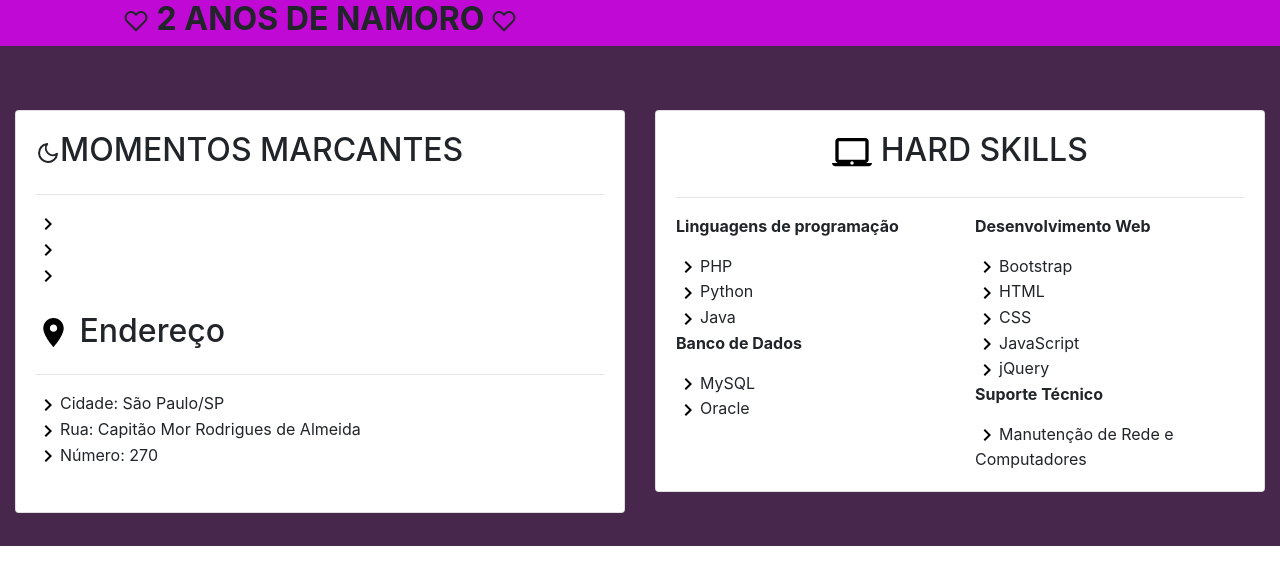
Repository: MeuAmor/meuamor.github.io
Page: index.html
These files come from the project's save history. The page is drawn as it stood at one moment and after the next save; the edit follows.
The browser window is 1280 px wide. The pictures show the whole page.

Above is the page before, as saved 2019-08-19 23:32:13.

### index.html
<!DOCTYPE html>
<html lang="pt">
<head>
  <title>2 ANOS</title>
  <meta charset="utf-8">
  <meta name="viewport" content="width=device-width, initial-scale=1">
  <link rel="stylesheet" href="assets/css/bootstrap4.1/bootstrap.min.css">
  <script src="assets/js/jquery.3.3.1.min.js"></script>
  <script src="assets/js/bootstrap4.1/popper.min.js"></script>
	<script src="assets/js/bootstrap4.1/bootstrap.min.js"></script>
	<!-- <style>
			hr {
				margin-top: 1rem;
				margin-bottom: 1rem;
				border: 5;
				border-top: 1px solid rgba(0, 0, 0, 0.1);
			}
		</style> -->
</head>
<body class="container-fluid">


	<div class="row" style="background:#c109d6">
		<div class="col-md-6 text-center">
			<h2>
                <svg xmlns="http://www.w3.org/2000/svg" width="24" height="24" viewBox="0 0 24 24" fill="none" stroke="currentColor"
                        stroke-width="2" stroke-linecap="round" stroke-linejoin="round" class="feather feather-heart">
                    <path d="M20.84 4.61a5.5 5.5 0 0 0-7.78 0L12 5.67l-1.06-1.06a5.5 5.5 0 0 0-7.78 7.78l1.06 1.06L12 21.23l7.78-7.78 1.06-1.06a5.5 5.5 0 0 0 0-7.78z"/>
                </svg>
                <b>2 ANOS DE NAMORO </b>
                <svg xmlns="http://www.w3.org/2000/svg" width="24" height="24" viewBox="0 0 24 24" fill="none" stroke="currentColor"
                        stroke-width="2" stroke-linecap="round" stroke-linejoin="round" class="feather feather-heart">
                    <path d="M20.84 4.61a5.5 5.5 0 0 0-7.78 0L12 5.67l-1.06-1.06a5.5 5.5 0 0 0-7.78 7.78l1.06 1.06L12 21.23l7.78-7.78 1.06-1.06a5.5 5.5 0 0 0 0-7.78z"/>
                </svg>
            </h2>
		</div>
		<div class="col-md-6 " id="redes_sociais">
			<!-- <a style="margin:10px;" class="btn btn-info btn-xs float-right" href="http://www.linkedin.com/in/leonardo-bernardes-da-silva-a8869b132">
				<svg xmlns="http://www.w3.org/2000/svg" width="24" height="24" viewBox="0 0 24 24" fill="none" stroke="currentColor" stroke-width="2" stroke-linecap="round" stroke-linejoin="round" class="feather feather-linkedin">
					<path d="M16 8a6 6 0 0 1 6 6v7h-4v-7a2 2 0 0 0-2-2 2 2 0 0 0-2 2v7h-4v-7a6 6 0 0 1 6-6z"></path><rect x="2" y="9" width="4" height="12"></rect>
					<circle cx="4" cy="4" r="2"></circle></svg>	LinkedIn</a>
				<a style="margin:10px;" class="btn btn-primary btn-xs float-right" href="http://www.facebook.com/lezinho.bernardes">
					<svg xmlns="http://www.w3.org/2000/svg" width="24" height="24" viewBox="0 0 24 24" fill="none" stroke="currentColor" stroke-width="2" stroke-linecap="round" stroke-linejoin="round" class="feather feather-facebook">
						<path d="M18 2h-3a5 5 0 0 0-5 5v3H7v4h3v8h4v-8h3l1-4h-4V7a1 1 0 0 1 1-1h3z"></path>
					</svg>
					LinkedIn
				</a>  -->
		</div>


</div>
<div class="row" style="background:#48274c;min-height: 500px;">

	<!-- <hr> -->
	<!-- <p style="margin: 10px;">
		<a class="btn btn-dark" data-toggle="collapse" href="#multiCollapseExample1" role="button" aria-expanded="false" aria-controls="multiCollapseExample1">Toggle first element</a>
		<button class="btn btn-dark" type="button" data-toggle="collapse" data-target="#multiCollapseExample2" aria-expanded="false" aria-controls="multiCollapseExample2">Toggle second element</button>
		<button class="btn btn-dark" type="button" data-toggle="collapse" data-target=".multi-collapse" aria-expanded="false" aria-controls="multiCollapseExample1 multiCollapseExample2">Toggle both elements</button> -->
	<!-- </p> -->


	<div class="col-md-6" style="margin-top: 5%;">
		<div class="card card-body">
                <h2> <svg xmlns="http://www.w3.org/2000/svg" width="24" height="24" viewBox="0 0 24 24" fill="none" stroke="currentColor" stroke-width="2" stroke-linecap="round" stroke-linejoin="round" class="feather feather-moon">
                    <path d="M21 12.79A9 9 0 1 1 11.21 3 7 7 0 0 0 21 12.79z"/></svg>MOMENTOS MARCANTES</h2>
				<hr>
					<div>

						<svg xmlns="http://www.w3.org/2000/svg" width="24" height="24" viewBox="0 0 24 24">
							<path d="M8.59 16.59L13.17 12 8.59 7.41 10 6l6 6-6 6-1.41-1.41z"/>
							<path fill="none" d="M0 0h24v24H0V0z"/>
						</svg><br>
						<svg xmlns="http://www.w3.org/2000/svg" width="24" height="24" viewBox="0 0 24 24">
							<path d="M8.59 16.59L13.17 12 8.59 7.41 10 6l6 6-6 6-1.41-1.41z"/>
							<path fill="none" d="M0 0h24v24H0V0z"/>
						</svg><br>
						<svg xmlns="http://www.w3.org/2000/svg" width="24" height="24" viewBox="0 0 24 24">
							<path d="M8.59 16.59L13.17 12 8.59 7.41 10 6l6 6-6 6-1.41-1.41z"/>
							<path fill="none" d="M0 0h24v24H0V0z"/>
						</svg><br><br>
					</div>

				<h2> <svg xmlns="http://www.w3.org/2000/svg" width="35" height="35" viewBox="0 0 24 24"><path d="M12 2C8.13 2 5 5.13 5 9c0 5.25 7 13 7 13s7-7.75 7-13c0-3.87-3.13-7-7-7zm0 9.5c-1.38 0-2.5-1.12-2.5-2.5s1.12-2.5 2.5-2.5 2.5 1.12 2.5 2.5-1.12 2.5-2.5 2.5z"/><path d="M0 0h24v24H0z" fill="none"/></svg> Endereço</h2>
				<hr>
				<div>
					<svg xmlns="http://www.w3.org/2000/svg" width="24" height="24" viewBox="0 0 24 24">
						<path d="M8.59 16.59L13.17 12 8.59 7.41 10 6l6 6-6 6-1.41-1.41z"/>
						<path fill="none" d="M0 0h24v24H0V0z"/>
					</svg>Cidade: São Paulo/SP<br>
					<svg xmlns="http://www.w3.org/2000/svg" width="24" height="24" viewBox="0 0 24 24">
						<path d="M8.59 16.59L13.17 12 8.59 7.41 10 6l6 6-6 6-1.41-1.41z"/>
						<path fill="none" d="M0 0h24v24H0V0z"/>
					</svg>Rua: Capitão Mor Rodrigues de Almeida<br>
					<svg xmlns="http://www.w3.org/2000/svg" width="24" height="24" viewBox="0 0 24 24">
						<path d="M8.59 16.59L13.17 12 8.59 7.41 10 6l6 6-6 6-1.41-1.41z"/>
						<path fill="none" d="M0 0h24v24H0V0z"/>
					</svg>Número: 270<br><br>
				</div>
		</div>
	</div>
	<div class="col-md-6" style="margin-top: 5%;">
		<div class="card card-body">
			<h2 style="text-align:center;"><svg xmlns="http://www.w3.org/2000/svg" width="40" height="40" viewBox="0 0 24 24"><path d="M0 0h24v24H0z" fill="none"/><path d="M20 18c1.1 0 1.99-.9 1.99-2L22 5c0-1.1-.9-2-2-2H4c-1.1 0-2 .9-2 2v11c0 1.1.9 2 2 2H0c0 1.1.9 2 2 2h20c1.1 0 2-.9 2-2h-4zM4 5h16v11H4V5zm8 14c-.55 0-1-.45-1-1s.45-1 1-1 1 .45 1 1-.45 1-1 1z"/></svg> HARD SKILLS  </h2>
			<hr>
				<div class="row">

					<div class="col-md-6">

						<p><b>Linguagens de programação</b></p>
						<div>
							<svg xmlns="http://www.w3.org/2000/svg" width="24" height="24" viewBox="0 0 24 24">
								<path d="M8.59 16.59L13.17 12 8.59 7.41 10 6l6 6-6 6-1.41-1.41z"/>
								<path fill="none" d="M0 0h24v24H0V0z"/>
							</svg>PHP<br>
							<svg xmlns="http://www.w3.org/2000/svg" width="24" height="24" viewBox="0 0 24 24">
								<path d="M8.59 16.59L13.17 12 8.59 7.41 10 6l6 6-6 6-1.41-1.41z"/>
								<path fill="none" d="M0 0h24v24H0V0z"/>
							</svg>Python<br>
							<svg xmlns="http://www.w3.org/2000/svg" width="24" height="24" viewBox="0 0 24 24">
								<path d="M8.59 16.59L13.17 12 8.59 7.41 10 6l6 6-6 6-1.41-1.41z"/>
								<path fill="none" d="M0 0h24v24H0V0z"/>
							</svg>Java<br>
						</div>
						<p><b>Banco de Dados</b></p>
						<div>
							<svg xmlns="http://www.w3.org/2000/svg" width="24" height="24" viewBox="0 0 24 24">
								<path d="M8.59 16.59L13.17 12 8.59 7.41 10 6l6 6-6 6-1.41-1.41z"/>
								<path fill="none" d="M0 0h24v24H0V0z"/>
							</svg>MySQL<br>
							<svg xmlns="http://www.w3.org/2000/svg" width="24" height="24" viewBox="0 0 24 24">
								<path d="M8.59 16.59L13.17 12 8.59 7.41 10 6l6 6-6 6-1.41-1.41z"/>
								<path fill="none" d="M0 0h24v24H0V0z"/>
							</svg>Oracle<br>
						</div>

					</div>
					<div class="col-md-6">
							<p><b>Desenvolvimento Web</b></p>
						<div>
							<svg xmlns="http://www.w3.org/2000/svg" width="24" height="24" viewBox="0 0 24 24">
								<path d="M8.59 16.59L13.17 12 8.59 7.41 10 6l6 6-6 6-1.41-1.41z"/>
								<path fill="none" d="M0 0h24v24H0V0z"/>
							</svg>Bootstrap<br>
							<svg xmlns="http://www.w3.org/2000/svg" width="24" height="24" viewBox="0 0 24 24">
								<path d="M8.59 16.59L13.17 12 8.59 7.41 10 6l6 6-6 6-1.41-1.41z"/>
								<path fill="none" d="M0 0h24v24H0V0z"/>
							</svg>HTML<br>
							<svg xmlns="http://www.w3.org/2000/svg" width="24" height="24" viewBox="0 0 24 24">
								<path d="M8.59 16.59L13.17 12 8.59 7.41 10 6l6 6-6 6-1.41-1.41z"/>
								<path fill="none" d="M0 0h24v24H0V0z"/>
							</svg>CSS<br>
							<svg xmlns="http://www.w3.org/2000/svg" width="24" height="24" viewBox="0 0 24 24">
								<path d="M8.59 16.59L13.17 12 8.59 7.41 10 6l6 6-6 6-1.41-1.41z"/>
								<path fill="none" d="M0 0h24v24H0V0z"/>
							</svg>JavaScript<br>
							<svg xmlns="http://www.w3.org/2000/svg" width="24" height="24" viewBox="0 0 24 24">
								<path d="M8.59 16.59L13.17 12 8.59 7.41 10 6l6 6-6 6-1.41-1.41z"/>
								<path fill="none" d="M0 0h24v24H0V0z"/>
							</svg>jQuery<br>
						</div>

						<p><b>Suporte Técnico</b></p>
						<div>
								<svg xmlns="http://www.w3.org/2000/svg" width="24" height="24" viewBox="0 0 24 24">
									<path d="M8.59 16.59L13.17 12 8.59 7.41 10 6l6 6-6 6-1.41-1.41z"/>
									<path fill="none" d="M0 0h24v24H0V0z"/>
								</svg>Manutenção de Rede e Computadores<br>
							</div>
					</div>

				</div>
			</div>

	</div>

</div>
</body>
</html>

Loaded but not shown: assets/css/bootstrap4.1/bootstrap.min.css (library); assets/js/jquery.3.3.1.min.js (library); assets/js/bootstrap4.1/popper.min.js (library); assets/js/bootstrap4.1/bootstrap.min.js (library)

After the next save:
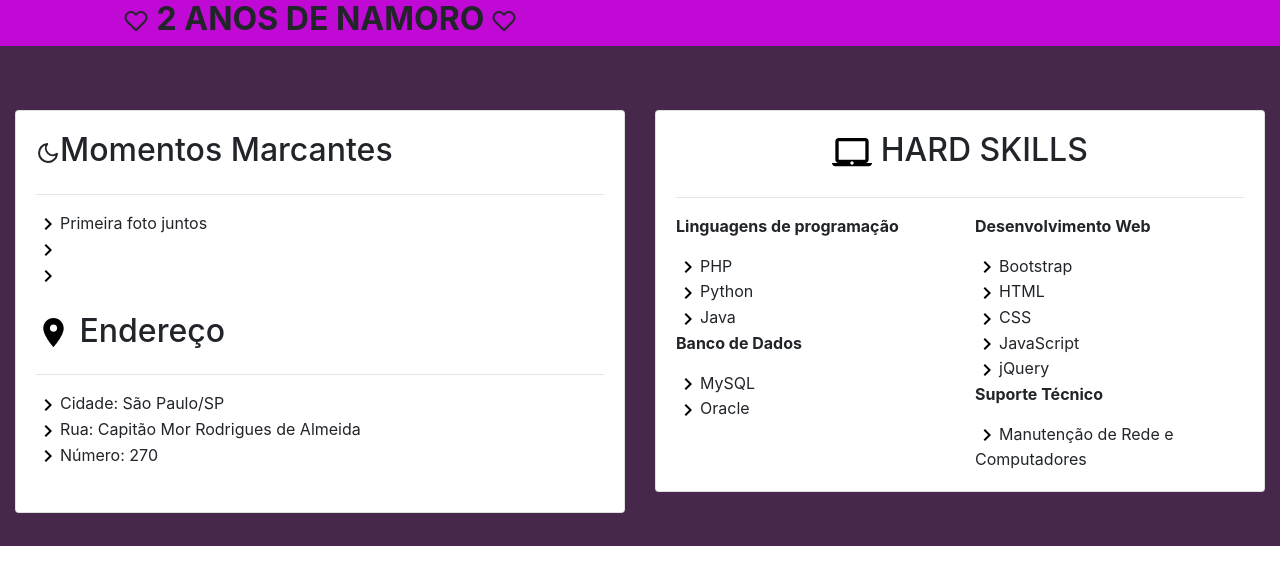
Saved 37 s later.
--- a/index.html
+++ b/index.html
@@ -62,14 +62,14 @@
 	<div class="col-md-6" style="margin-top: 5%;">
 		<div class="card card-body">
                 <h2> <svg xmlns="http://www.w3.org/2000/svg" width="24" height="24" viewBox="0 0 24 24" fill="none" stroke="currentColor" stroke-width="2" stroke-linecap="round" stroke-linejoin="round" class="feather feather-moon">
-                    <path d="M21 12.79A9 9 0 1 1 11.21 3 7 7 0 0 0 21 12.79z"/></svg>MOMENTOS MARCANTES</h2>
+                    <path d="M21 12.79A9 9 0 1 1 11.21 3 7 7 0 0 0 21 12.79z"/></svg>Momentos Marcantes</h2>
 				<hr>
 					<div>
 
 						<svg xmlns="http://www.w3.org/2000/svg" width="24" height="24" viewBox="0 0 24 24">
 							<path d="M8.59 16.59L13.17 12 8.59 7.41 10 6l6 6-6 6-1.41-1.41z"/>
 							<path fill="none" d="M0 0h24v24H0V0z"/>
-						</svg><br>
+						</svg>Primeira foto juntos<br>
 						<svg xmlns="http://www.w3.org/2000/svg" width="24" height="24" viewBox="0 0 24 24">
 							<path d="M8.59 16.59L13.17 12 8.59 7.41 10 6l6 6-6 6-1.41-1.41z"/>
 							<path fill="none" d="M0 0h24v24H0V0z"/>
